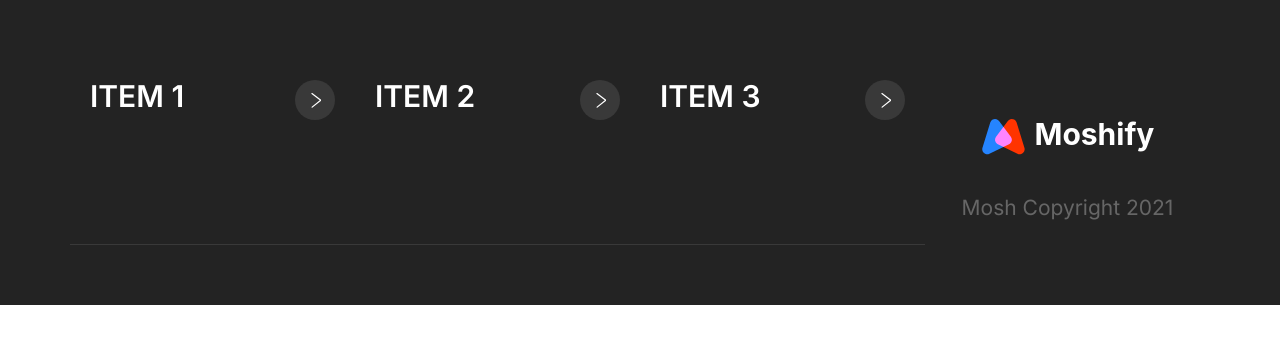
Repository: LeonUIO/first_website
Page: index.html
The author's editor kept a copy of each file at every save. The page is drawn from the files as they stood at one save, then again after a run of saves.
The browser window is 1280 px wide. The pictures show the whole page.

Above is the page before, as saved 2021-04-14 09:43:24.

### index.html
<!DOCTYPE html>
<html lang="en">
  <head>
    <meta charset="UTF-8" />
    <meta
      name="viewport"
      content="width=device-width, user-scalable=no, initial-scale=1.0, maximum-scale=1.0, minimum-scale=1.0"
    />
    <meta http-equiv="X-UA-Compatible" content="ie=edge" />
    <title>Document</title>
    <link rel="preconnect" href="https://fonts.gstatic.com" />
    <link
      href="https://fonts.googleapis.com/css2?family=Inter:wght@400;600;700&display=swap"
      rel="stylesheet"
    />
    <link rel="stylesheet" href="css/normalize.css" />
    <link rel="stylesheet" href="css/styles.css" />
  </head>
  <body>
    <footer class="block block--dark footer">
      <div class="container grid footer__sections">
        <section class="collapsible footer__section">
          <div class="collapsible__header">
            <h2 class="collapsible__heading footer__heading">Item 1</h2>
            <svg class="icon icon--white collapsible--chevron">
              <use xlink:href="images/sprite.svg#chevron"></use>
            </svg>
          </div>
          <div class="collapsible__content">
            Lorem ipsum dolor sit amet consectetur, adipisicing elit. Incidunt,
            quae.
          </div>
        </section>
        <section class="collapsible footer__section">
          <div class="collapsible__header">
            <h2 class="collapsible__heading footer__heading">Item 2</h2>
            <svg class="icon icon--white collapsible--chevron">
              <use xlink:href="images/sprite.svg#chevron"></use>
            </svg>
          </div>
          <div class="collapsible__content">
            Lorem ipsum dolor sit amet consectetur, adipisicing elit. Incidunt,
            quae.
          </div>
        </section>
        <section class="collapsible footer__section">
          <div class="collapsible__header">
            <h2 class="collapsible__heading footer__heading">Item 3</h2>
            <svg class="icon icon--white collapsible--chevron">
              <use xlink:href="images/sprite.svg#chevron"></use>
            </svg>
          </div>
          <div class="collapsible__content">
            Lorem ipsum dolor sit amet consectetur, adipisicing elit. Incidunt,
            quae.
          </div>
        </section>
        <section class="footer__brand">
          <img src="images/logo.svg" alt="" />
          <p class="footer__copyright">Mosh Copyright 2021</p>
        </section>
      </div>
    </footer>
    <script src="js/main.js"></script>
  </body>
</html>

### css/styles.css
:root {
  --color-primary: #2584ff;
  --color-secondary: #00d9ff;
  --color-accent: #ff3400;
  --color-headings: #1b0760;
  --color-body: #918ca4;
  --color-body-darker: #5c5577;
  --color-border: #ccc;
  --border-radius: 30px;
}

*,
*::after,
*::before {
  box-sizing: border-box;
}

/* Typography */
html {
  font-size: 62.5%;
}

body {
  font-family: Inter, arial, helvetica, sans-serif;
  color: var(--color-body);
  font-size: 2.4rem;
  line-height: 1.5;
}

h1,
h2,
h3 {
  color: var(--color-headings);
  margin-bottom: 1rem;
  line-height: 1.1;
}

h1 {
  font-size: 7rem;
}

h2 {
  font-size: 4rem;
}

h3 {
  font-size: 3rem;
}

@media screen and (min-width: 1024px) {
  body {
    font-size: 1.8rem;
  }

  h1 {
    font-size: 8rem;
  }

  h2 {
    font-size: 4rem;
  }

  h3 {
    font-size: 2.4rem;
  }
}

/* Links */
a {
  text-decoration: none;
}

.link-arrow {
  color: var(--color-accent);
  font-size: 2rem;
  font-weight: bold;
}

.link-arrow::after {
  content: "-->";
  margin-left: 5px;
  transition: margin-left 0.15s;
}

.link-arrow:hover::after {
  margin-left: 10px;
}

@media screen and (min-width: 1024px) {
  .link-arrow {
    font: size 1.5em;
  }
}

/* Badges */
.badge {
  white-space: nowrap;
  padding: 0.5rem 2rem;
  font-weight: 600;
  border-radius: 20px;
  font-size: 2rem;
}

.badge--primary {
  background: var(--color-primary);
  color: #fff;
}

.badge--secondary {
  background: var(--color-secondary);
  color: #fff;
}

.badge--small {
  font-size: 1.6rem;
}

@media screen and (min-width: 1024px) {
  .badge {
    font-size: 1.5rem;
  }

  .badge--small {
    font-size: 1.2rem;
  }
}

/* Lists */
.list {
  list-style: none;
  color: var(--color-headings);
  padding-left: 0;
}

.list--inline .list__item {
  display: inline-block;
  margin-right: 2rem;
}

.list--tick {
  list-style-image: url(../images/tick.svg);
  padding-left: 3rem;
}

.list--tick .list__item {
  margin-bottom: 1rem;
  padding-left: 0.5rem;
}

@media screen and (min-width: 1024px) {
  .list--tick .list__item {
    padding-left: 0;
  }
}

/* Icons */
.icon {
  width: 40px;
  height: 40px;
}

.icon--small {
  width: 30px;
  height: 30px;
}

.icon--primary {
  fill: var(--color-primary);
}

.icon--white {
  fill: #fff;
}

.icon-container {
  width: 64px;
  height: 64px;
  border-radius: 100%;
  background: #f3f9fa;
  display: inline-flex;
  justify-content: center;
  align-items: center;
}

.icon-container--accent {
  background: var(--color-accent);
}

/* Buttons */
.btn {
  border-radius: 40px;
  border: 0;
  cursor: pointer;
  font-size: 1.8rem;
  font-weight: 600;
  margin: 1rem 0;
  outline: 0;
  padding: 2rem 3rem;
  text-transform: uppercase;
  text-align: center;
  white-space: nowrap;
}

.btn .icon {
  width: 2rem;
  height: 2rem;
  margin-right: 1rem;
  vertical-align: middle;
}

.btn--primary {
  background: var(--color-primary);
  color: #fff;
}

.btn--primary:hover {
  background: #3a8ffd;
}

.btn--secondary {
  background: var(--color-secondary);
  color: #fff;
}

.btn--secondary:hover {
  background: #00c8eb;
}

.btn--accent {
  background: var(--color-accent);
  color: #fff;
}

.btn--accent:hover {
  background: #ec3000;
}

.btn--stretched {
  padding-left: 6rem;
  padding-right: 6rem;
}

.btn--block {
  width: 100%;
  display: inline-block;
}

.btn--outline {
  background: #fff;
  color: var(--color-headings);
  border: 2px solid var(--color-headings);
}

.btn--outline:hover {
  background: var(--color-headings);
  color: #fff;
}

@media screen and (min-width: 1024px) {
  .btn {
    font-size: 1.5rem;
  }
}

/* Inputs */
.input {
  border-radius: var(--border-radius);
  border: 1px solid var(--color-border);
  color: var(--color-headings);
  font-size: 2rem;
  outline: 0;
  padding: 1.5rem 3.5rem;
}

::placeholder {
  color: #cdcbd7;
}

.input-group {
  border-radius: var(--border-radius);
  border: 2px solid var(--color-border);
  display: flex;
}

.input-group .input {
  border: 0;
  flex-grow: 1;
  padding: 1.5rem 2rem;
}

.input-group .btn {
  margin: 4px;
}

@media screen and (min-width: 1024px) {
  .input {
    font-size: 1.5rem;
  }
}

/* Cards */
.card {
  border-radius: 7px;
  box-shadow: 0 0 20px 10px #f3f3f3;
  overflow: hidden;
}

.card__header,
.card__body {
  padding: 2rem 3rem;
}

.card--primary .card__header {
  background: var(--color-primary);
  color: #fff;
}

.card--secondary .card__header {
  background: var(--color-secondary);
  color: #fff;
}

.card--primary .badge--primary {
  background: #126de4;
}

.card--secondary .badge--secondary {
  background: #02cdf1;
}

/* Plans */
.plan {
  transition: transform 0.2s ease-out;
}

.plan__name {
  color: #fff;
  margin: 0;
  font-weight: 500;
  font-size: 2.4rem;
}

.plan__price {
  font-size: 6rem;
}

.plan__billing-cycle {
  font-size: 2.4rem;
  font-weight: 300;
  opacity: 0.8;
  margin-right: 1rem;
}

.plan__description {
  font-size: 2rem;
  font-weight: 300;
  letter-spacing: 1px;
  display: block;
}

.plan .list__item {
  margin-bottom: 2rem;
}

.plan--popular {
  transform: scale(1.1);
}

.plan--popular .card__header {
  position: relative;
}

.plan--popular .card__header::before {
  content: url(../images/popular.svg);
  width: 40px;
  display: inline-block;
  position: absolute;
  top: -6px;
  right: 5%;
}

.plan:hover {
  transform: scale(1.05);
}

.plan--popular:hover {
  transform: scale(1.15);
}

@media screen and (min-width: 1024px) {
  .plan__name {
    font-size: 1.4rem;
  }

  .plan__price {
    font-size: 5rem;
  }

  .plan__billing-cycle {
    font-size: 1.6rem;
  }

  .plan__description {
    font-size: 1.7rem;
  }
}

/* Media */
.media {
  display: flex;
}

.media__title {
  margin-top: 0;
}

.media__body {
  margin: 0 2rem;
}

.media__image {
  margin-top: 1rem;
}

/* Quotes */
.quote {
  font-size: 3rem;
  color: var(--color-body-darker);
  font-style: italic;
  line-height: 1.3;
}

.quote__text::before {
  content: open-quote;
}

.quote__text::after {
  content: close-quote;
}

.quote__footer {
  font-style: normal;
}

.quote--line {
  position: relative;
  bottom: 10px;
}

.quote__author {
  font-size: 3rem;
  font-weight: 500;
  margin-bottom: 0;
}

.quote__company {
  color: var(--color-headings);
  margin-top: 0;
  font-size: 2rem;
  opacity: 0.4;
}

@media screen and (min-width: 1024px) {
  .quote {
    font-size: 2rem;
  }

  .quote__author {
    font-size: 2.4rem;
  }

  .quote__company {
    font-size: 1.6rem;
  }
}

/* Grids */
.grid {
  display: grid;
}

@media screen and (min-width: 768px) {
  .grid--cols-2 {
    grid-template-columns: repeat(2, 1fr);
  }
}
@media screen and (min-width: 1024px) {
  .grid--cols-3 {
    grid-template-columns: repeat(3, 1fr);
  }
}

/* Testimonial */
.testimonial {
  padding: 3rem;
}

.testimonial__image > img {
  width: 100%;
}

.testimonial__image {
  position: relative;
}

.testimonial__image > .icon-container {
  position: absolute;
  top: 3rem;
  right: -32px;
}

@media screen and (min-width: 768px) {
  .testimonial .quote,
  .testimonial .quote__author {
    font-size: 2.4rem;
  }

  .testimonial .quote {
    margin-left: 6rem;
  }
}

@media screen and (max-width: 768px) {
  .testimonial .icon-container {
    width: 60px;
    height: 60px;
  }
  .testimonial__image > .icon-container {
    position: absolute;
    top: 3rem;
    right: -30px;
  }
}

/* Callouts */
.callout {
  border-radius: 5px;
  padding: 4rem;
}

.callout--primary {
  background: var(--color-primary);
  color: #fff;
}

.callout__heading {
  margin-top: 0;
  font-size: 3rem;
  color: #fff;
}

.callout__content {
  text-align: center;
}

.callout .btn {
  justify-self: center;
  align-self: center;
}

@media (min-width: 768px) {
  .callout .grid--cols-2 {
    grid-template-columns: 1fr auto;
  }

  .callout__content {
    text-align: left;
  }

  .callout .btn {
    justify-self: start;
    margin: 0 2rem;
  }
}

/* Collapsibles */
.collapsible__header {
  display: flex;
  justify-content: space-between;
}

.collapsible__heading {
  margin-top: 0;
  font-size: 3rem;
}

.collapsible--chevron {
  transform: rotate(-90deg);
}

.collapsible__content {
  max-height: 0;
  overflow: hidden;
  opacity: 0;
  transition: all 0.3s;
}

.collapsible--expanded .collapsible--chevron {
  transform: rotate(0);
}

.collapsible--expanded .collapsible__content {
  max-height: 100vh;
  opacity: 1;
}

/* Blocks */
.block {
  --padding-vertical: 6rem;
  padding: var(--padding-vertical) 2rem;
}

.block__header {
  text-align: center;
  margin-bottom: 4rem;
}

.block__heading {
  margin-top: 0;
}

.block--dark {
  background: #000;
  color: #7b858b;
}

.block--dark .block__heading {
  color: #fff;
}

.block--skewed-right {
  padding-bottom: calc(var(--padding-vertical) + 4rem);
  clip-path: polygon(0% 0%, 100% 0%, 100% 100%, 0% 80%);
}

.block--skewed-left {
  padding-bottom: calc(var(--padding-vertical) + 4rem);
  clip-path: polygon(0% 0%, 100% 0%, 100% 80%, 0% 100%);
}

.container {
  max-width: 1140px;
  margin: 0 auto;
}

/* Navigation Bar */
.nav {
  background: #000;
  display: flex;
  justify-content: space-between;
  flex-wrap: wrap;
  padding: 0 1rem;
  align-items: center;
}

.nav__list {
  width: 100%;
  margin: 0;
}

.nav__item {
  border-bottom: 1px solid #222;
  padding: 0.5rem 2rem;
}

.nav__item > a {
  color: #d2d0db;
  transition: color 0.3s;
}

.nav__item > a:hover {
  color: #fff;
}

.nav__toggler {
  opacity: 0.5;
  transition: box-shadow 0.15s;
  cursor: pointer;
}

.nav.collapsible--expanded .nav__toggler {
  opacity: 1;
  box-shadow: 0 0 0 3px #666;
  border-radius: 5px;
}

.nav__brand {
  transform: translateY(5px);
}

@media screen and (min-width: 768px) {
  .nav__toggler {
    display: none;
  }

  .nav__list {
    width: auto;
    display: flex;
    font-size: 1.6rem;
    max-height: 100%;
    opacity: 1;
  }

  .nav__item {
    border: 0;
  }
}

/* Hero */
.hero {
  clip-path: polygon(0% 0%, 100% 0%, 100% 90%, 0% 100%);
}

.hero__tagline {
  font-size: 2rem;
  color: #b9c3cf;
  letter-spacing: 1px;
  margin: 2rem 0 5rem;
}

.hero__image {
  width: 100%;
}

@media screen and (min-width: 768px) {
  .hero {
    padding-top: 0;
  }

  .hero__content {
    text-align: left;
    align-self: center;
  }
}

/* Domain Block */
.block-domain .input-group {
  box-shadow: 0 0 30px 20px #e6ebee;
  border: 0;
  margin: 4rem auto;
  max-width: 670px;
}

.block-domain__prices {
  display: grid;
  grid-template-columns: repeat(3, 1fr);
  grid-template-rows: repeat(2, 6rem);
  font-size: 2rem;
  font-weight: 600;
  justify-items: center;
  max-width: 700px;
  margin: 0 auto;
}

@media screen and (min-width: 768px) {
  .block-domain__prices {
    grid-template-columns: repeat(auto-fit, minmax(10rem, 1fr));
  }
}
/* Plan Block */
.block-plan .grid {
  gap: 8rem 4rem;
}

.block-plan .card {
  max-width: 500px;
  margin: 0 auto;
}

/* Features */
.feature {
  gap: 2rem 4rem;
  margin: 12rem 0;
}

.feature:first-of-type {
  margin: 6rem 0;
}

.feature__heading {
  margin: 1rem 0;
}

.feature__image {
  width: 100%;
}

@media screen and (min-width: 768px) {
  .feature:nth-of-type(even) .feature__content {
    order: 2;
  }
}

/* Showcase Block */
.block-showcase__image > img {
  width: 100%;
}

@media screen and (min-width: 768px) {
  .block-showcase .grid {
    grid-template-columns: 50% 50%;
  }

  .block-showcase__image {
    justify-self: end;
  }

  .block-showcase__image > img {
    width: auto;
    max-width: 700px;
  }
}

/* Footer */
.footer {
  background: #232323;
}

.footer__section {
  padding: 2rem;
  border-bottom: 1px solid #393939;
}

.footer__heading {
  color: #fff;
  text-transform: uppercase;
  font-weight: 600;
}

.footer__brand {
  text-align: center;
  margin-top: 5rem;
}

.footer__copyright {
  color: #fff;
  opacity: 0.3;
  font-size: 2.1rem;
}

@media screen and (min-width: 768px) {
  .footer__sections {
    grid-template-columns: repeat(auto-fit, minmax(10rem, 1fr));
  }

  .footer__
}

Loaded but not shown: css/normalize.css (library); js/main.js (common file)

After the next 5 saves:
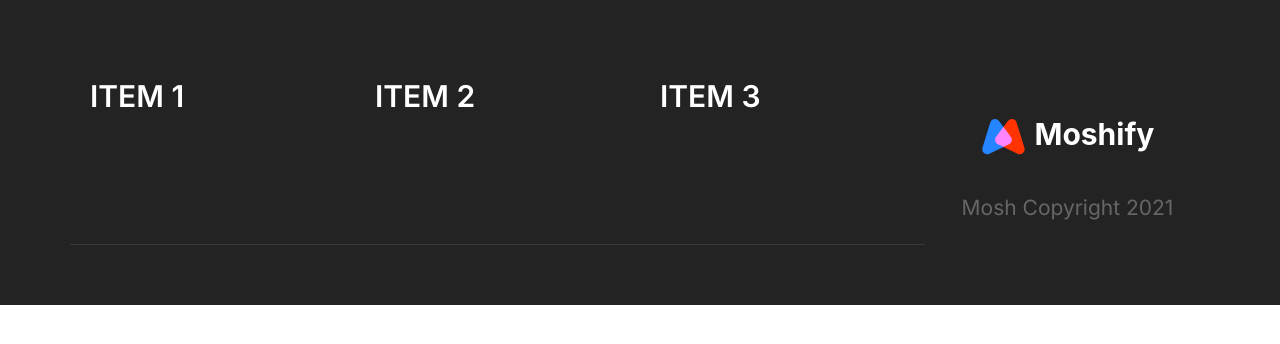
The 5 saves are shown as one change because they came seconds apart.
The last was saved 15 s later.
--- a/css/styles.css
+++ b/css/styles.css
@@ -843,5 +843,7 @@ a {
     grid-template-columns: repeat(auto-fit, minmax(10rem, 1fr));
   }
 
-  .footer__
-}
+  .footer .collapsible--chevron{
+    display: none;
+  }
+}
